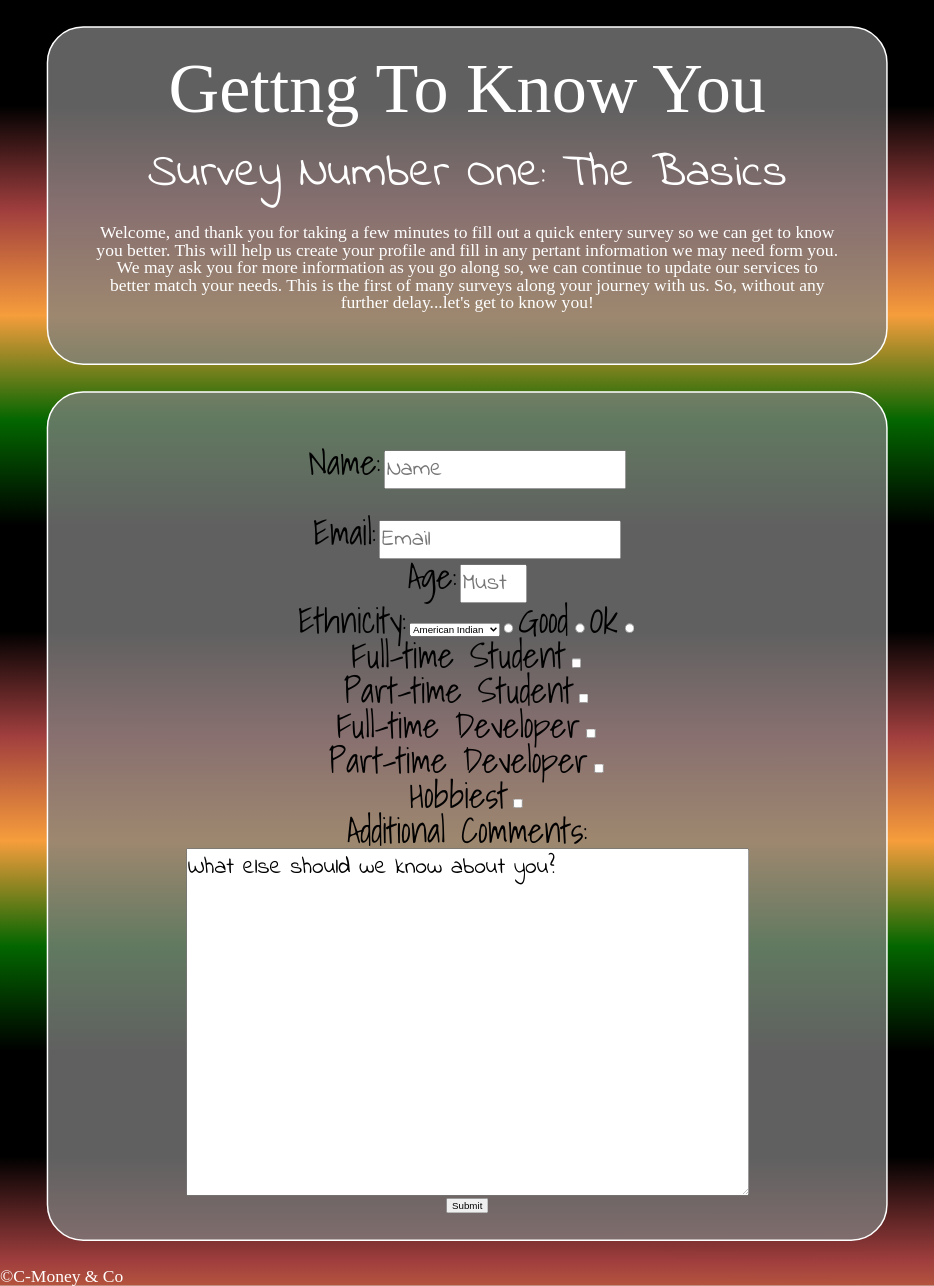
Repository: ctcoleman/surveyForm
Page: index.html
An editor plug-in stored every save of this project. The page is shown before and after a run of saves, followed by the edit.
The browser window is 1280 px wide. The pictures show the whole page, at 73% of full size.
Some web fonts or font styles are not loaded; a fallback is used.

Above is the page before, as saved 2020-06-29 11:21:03.

After the next 2 saves:
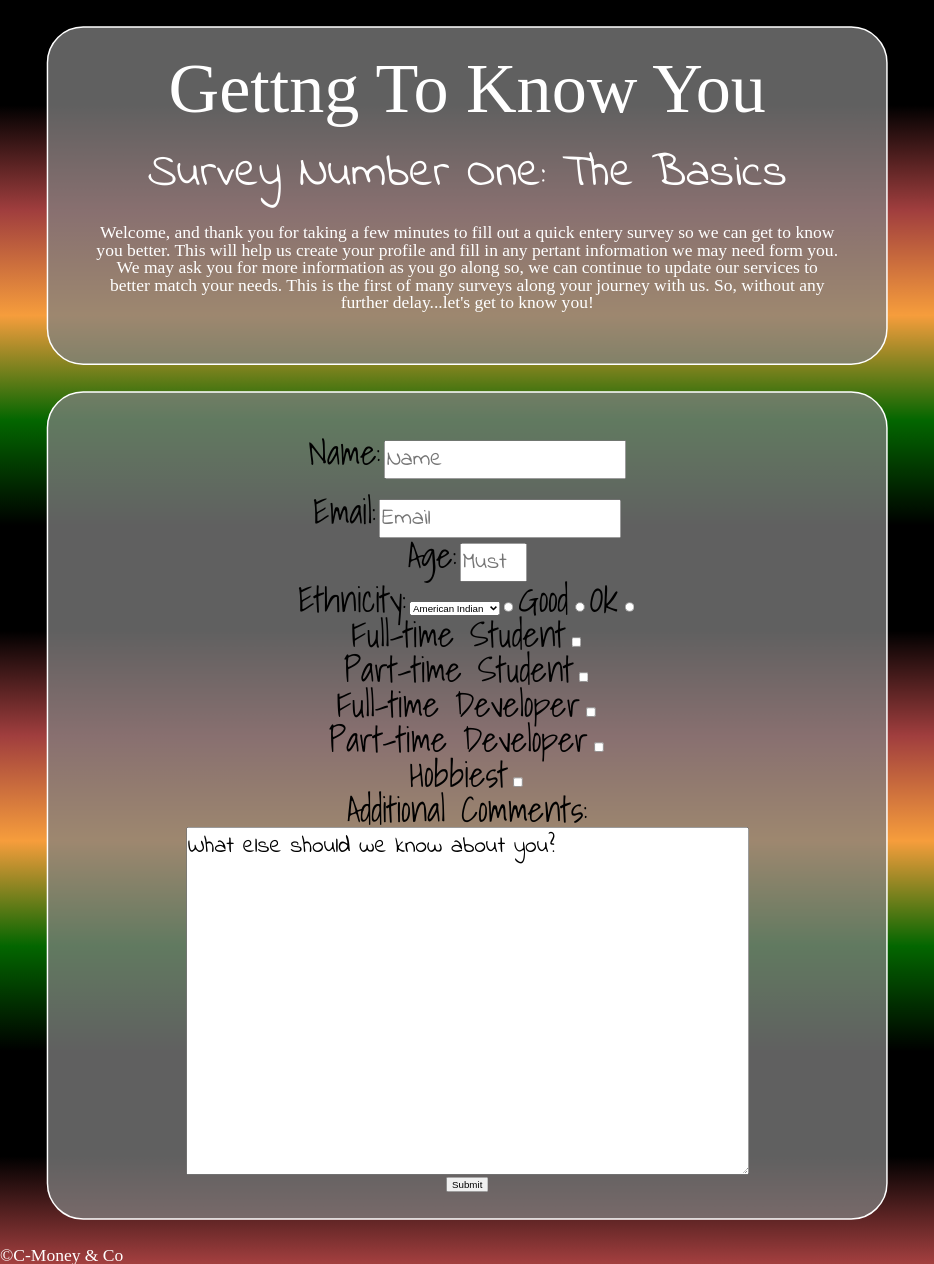
The 2 saves are shown as one change because they came seconds apart.
The last was saved 6 s later.
--- a/assets/stylesheets/index.css
+++ b/assets/stylesheets/index.css
@@ -132,7 +132,7 @@ header {
 === Name Styling ===
 */
 .nameEntery {
-  margin: 5vh;
+  margin: 3vh 0;
 }
 /*
 === Email Styling ===
